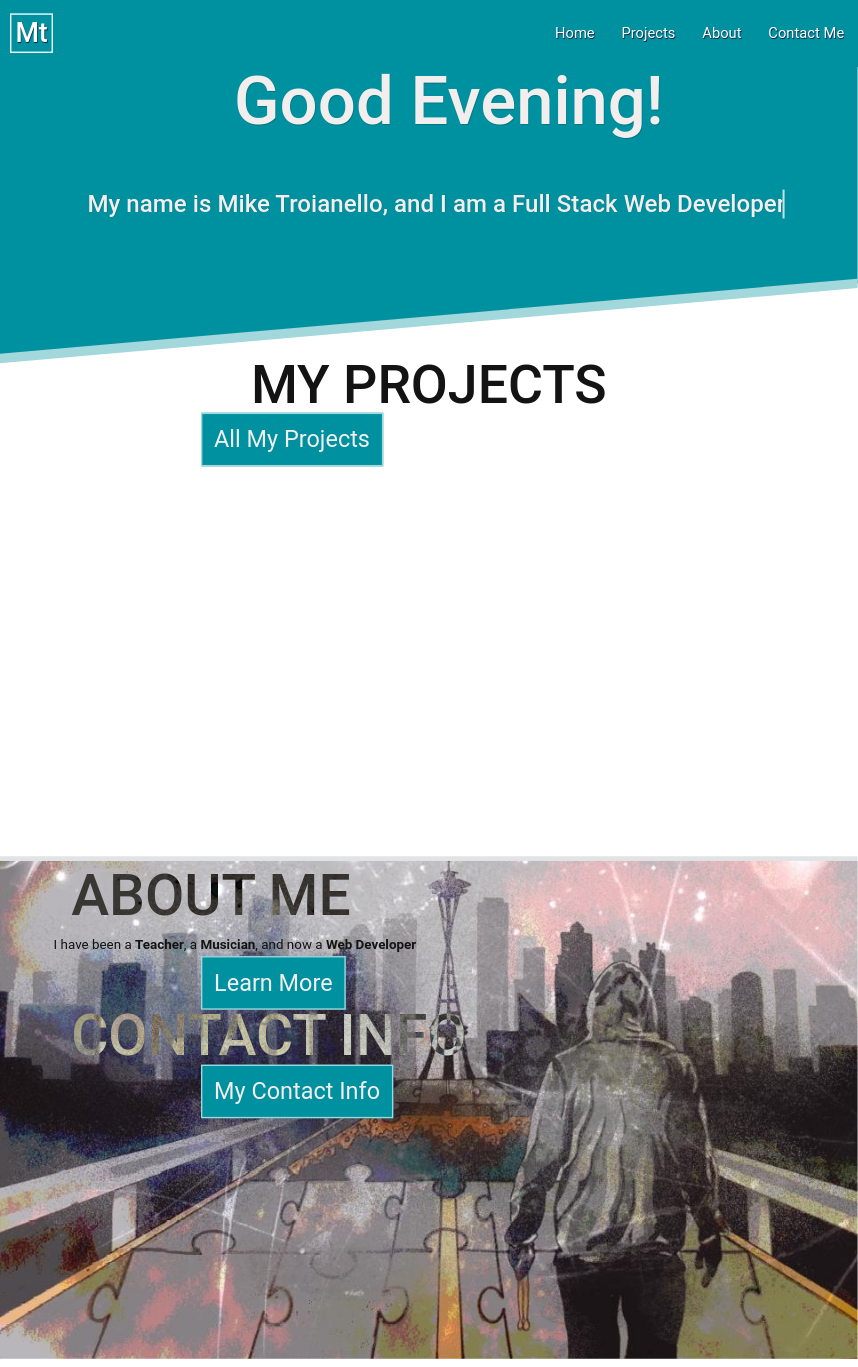
Repository: MikeTroianello/troianello
Page: /
The author's editor kept a copy of each file at every save. The page is drawn from the files as they stood at one save, then again after the next save.
The browser window is 1280 px wide. The pictures show the whole page, at 67% of full size.
The project was rebuilt for these pictures with package versions that can differ from the ones it lists, and the page was loaded fresh each time. Also part of the build but not shown: src/components/cards/RainbowDay.js, src/components/cards/CanvasBubbles.js, src/components/cards/projectCard.css, src/components/cards/projectCardMobile.css, src/components/cards/ProjectCard.js, src/components/locations/About/About.css, src/components/locations/About/AboutMobile.css, src/components/locations/About/About.js and 5 more.

Above is the page before, as saved 2019-08-03 22:55:10.

After the next save:
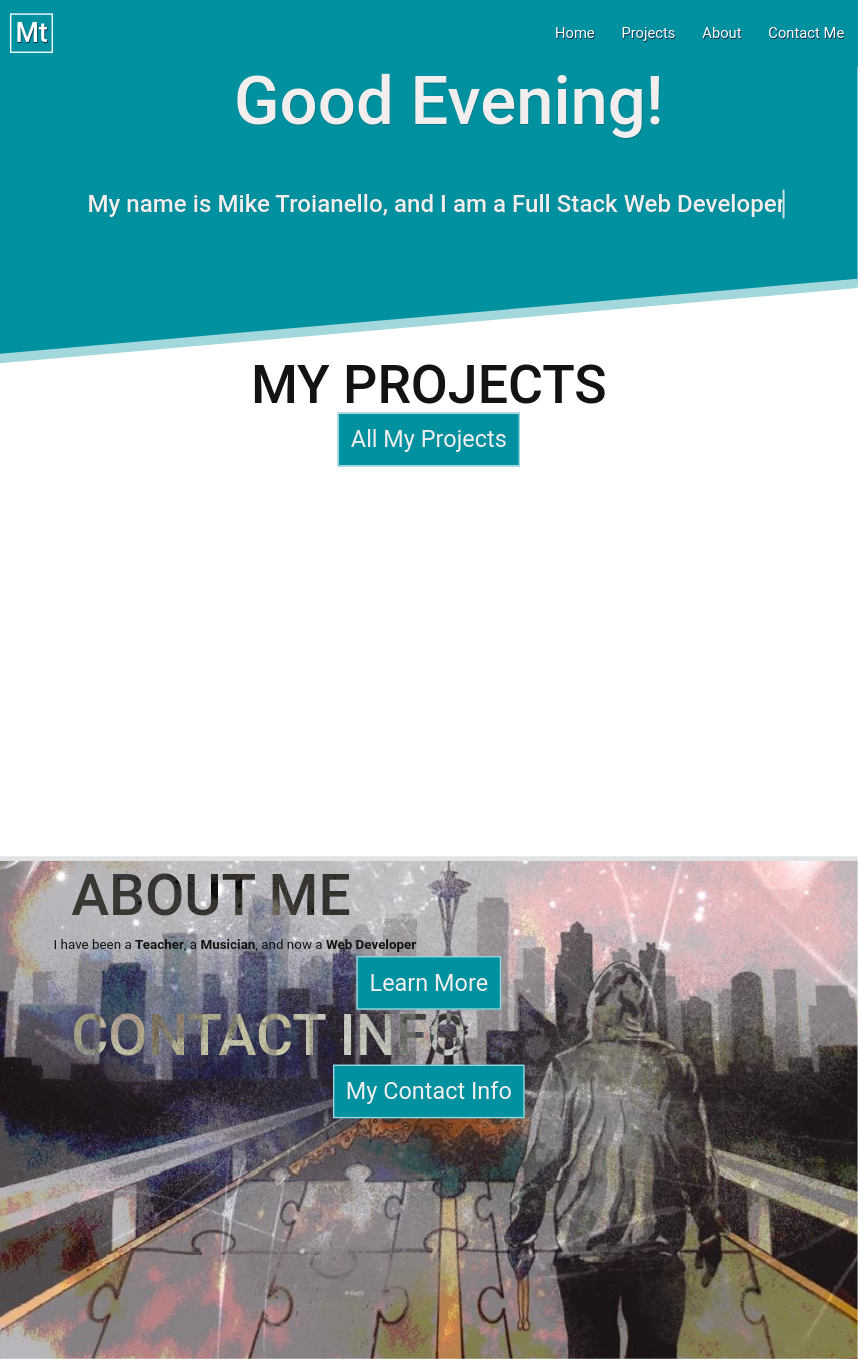
Saved 3 min 9 s later.
--- a/src/App.css
+++ b/src/App.css
@@ -71,7 +71,8 @@
 } */
 
 .link {
-  margin-left: 15em;
+  /* margin-left: 15em; */
+  text-align: center;
 }
 
 .link a {
